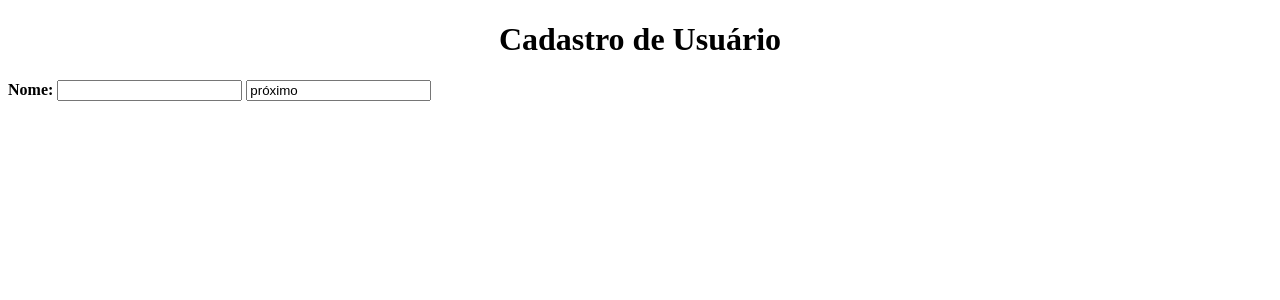
Repository: yoda4ever/playground
Page: http://localhost/Mod06_ex02B/tela1.jsp
The author's editor kept a copy of each file at every save. The page is drawn from the files as they stood at one save, then again after the next save.
The browser window is 1280 px wide. The pictures show the whole page.
The page is served by Tomcat 9. Other server files are loaded and not shown.

Above is the page before, as saved 2017-05-06 15:26:53.

### Mod06_ex02B/WebContent/tela1.jsp
<%@ page language="java" contentType="text/html; charset=ISO-8859-1"
    pageEncoding="ISO-8859-1"%>
<!DOCTYPE html PUBLIC "-//W3C//DTD HTML 4.01 Transitional//EN" "http://www.w3.org/TR/html4/loose.dtd">
<html>
<head>
<meta http-equiv="Content-Type" content="text/html; charset=ISO-8859-1">
<title>Cadastro</title>
</head>
<body>

		<center>
			<h1>Cadastro de Usuário</h1>
		</center>

		<form action="Cadastrar" method="get">
			<p><strong>Nome:</strong>
			<input type="text" maxlength="20">
			<input type="botton" value="próximo">

		</form>




</body>
</html>

After the next save:
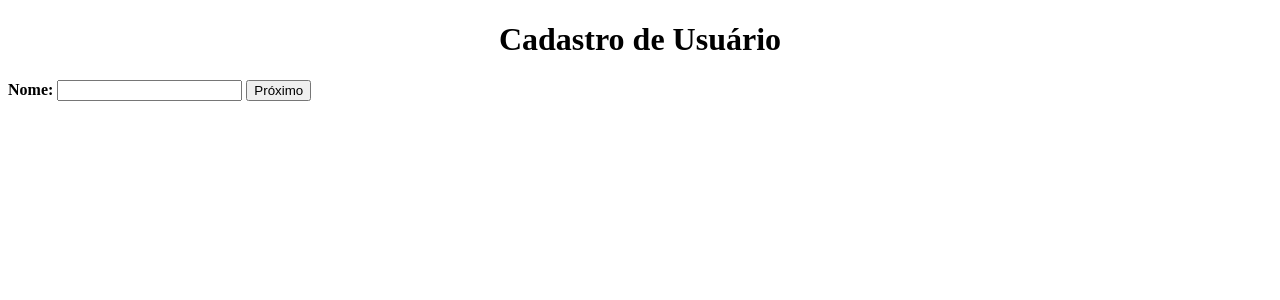
Saved 45 s later.
--- a/Mod06_ex02B/WebContent/tela1.jsp
+++ b/Mod06_ex02B/WebContent/tela1.jsp
@@ -15,7 +15,7 @@
 		<form action="Cadastrar" method="get">
 			<p><strong>Nome:</strong>
 			<input type="text" maxlength="20">
-			<input type="botton" value="próximo">
+			<button>Próximo</button>
 
 		</form>
 
